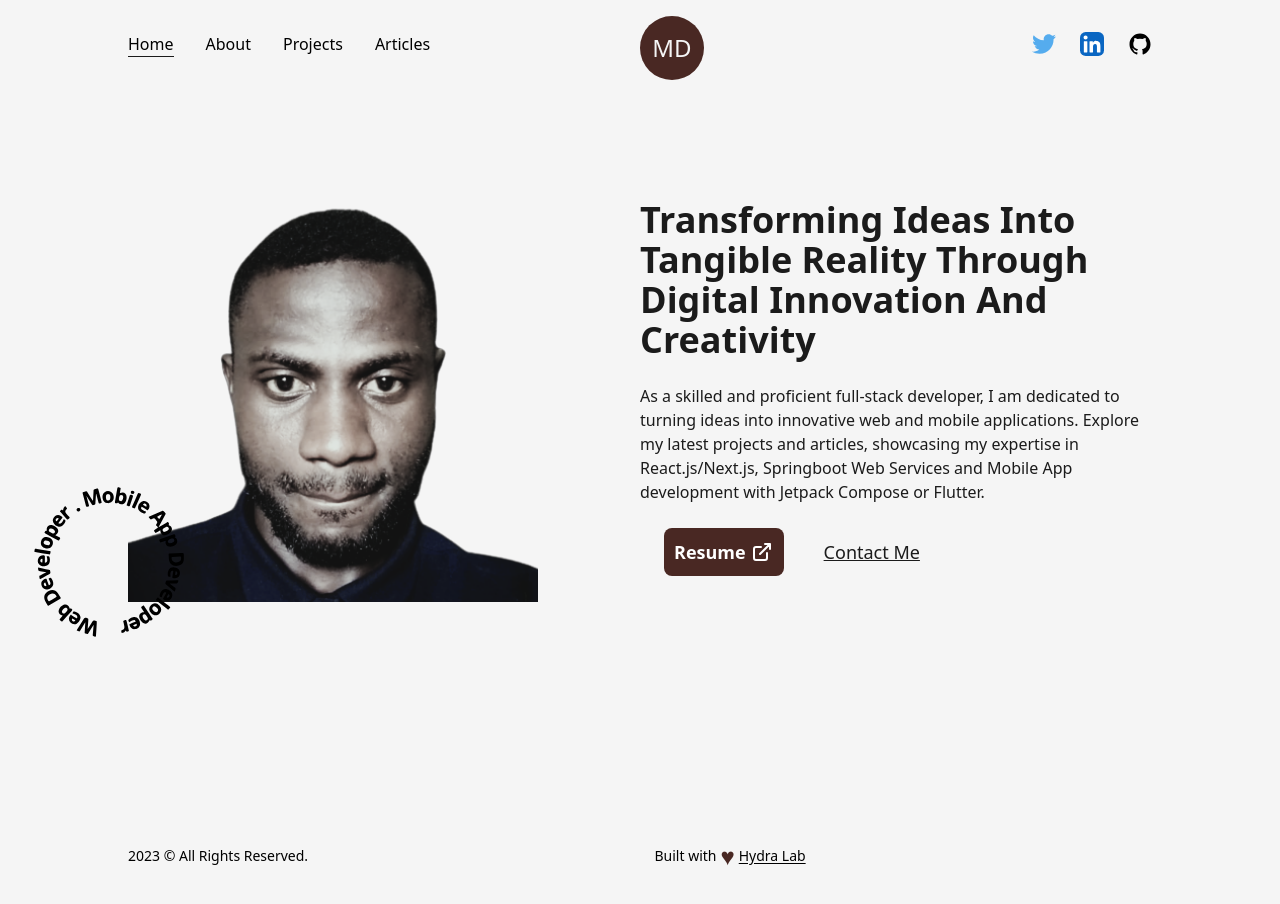
Repository: marcusdashe/situs
Page: /
The author's editor kept a copy of each file at every save. The page is drawn from the files as they stood at one save, then again after the next save.
The browser window is 1280 px wide. The pictures show the whole page.
The project was rebuilt for these pictures with package versions that can differ from the ones it lists, and the page was loaded fresh each time. The framework's server and built-in components were replaced by stand-ins that run in the browser.

Above is the page before, as saved 2023-06-16 18:05:23.

### src/pages/_app.js
import Footer from "@/components/Footer";
import Navbar from "@/components/Navbar";
import "@/styles/globals.css";
import Head from "next/head";
// import { IBM_Plex_Sans } from "next/font/google";

// const ibm = IBM_Plex_Sans({
//   subsets: ["latin"],
//   variable: "--font-mont",
// });

export default function App({ Component, pageProps }) {
  return (
    <>
      <Head>
        <meta name="viewport" content="width=device-width, initial-scale=1" />
        <link rel="icon" href="/favicon.ico" />
      </Head>
      <main className={`  bg-light w-full min-h-screen`}>
        <Navbar />
        <Component {...pageProps} />
        <Footer />
      </main>
    </>
  );
}

### src/components/Footer.jsx
import React from "react";
import Layout from "./Layout";
import Link from "next/link";

const Footer = () => {
  return (
    <footer className="w-full border-t-1 border-solid border-primaryDark font-medium text-sm ">
      <Layout className="py-8 flex items-center justify-between">
        <span>{new Date().getFullYear()} &copy; All Rights Reserved.</span>
        <div className="flex items-center">
          Built with{" "}
          <span className="text-primaryDark text-2xl px-1">&hearts;</span>
          <Link href="/" className="underline underline-offset-2">
            Hydra Lab
          </Link>
        </div>
        <Link href="/"></Link>
      </Layout>
    </footer>
  );
};

export default Footer;

### src/components/Navbar.jsx
import React from "react";
import { useRouter } from "next/router";
import Link from "next/link";
import Logo from "./Logo";
import { TwitterIcon, GithubIcon, LinkedInIcon } from "./Icons";
import { motion } from "framer-motion";

const CustomLink = ({ href, title, className = "" }) => {
  const router = useRouter();

  return (
    <Link href={href} className={`${className} relative group`}>
      {title}
      <span
        className={`h-[1px] inline-block bg-dark absolute left-0 -bottom-0.5 group-hover:w-full transition-[width] ease duration-300 ${
          router.asPath === href ? "w-full" : "w-0"
        }`}
      >
        &nbsp;
      </span>
    </Link>
  );
};

const Navbar = () => {
  return (
    <header
      className="w-full px-32 py-8 font-medium
            flex items-center justify-between"
    >
      <nav>
        <CustomLink href="/" title="Home" className="mr-4" />
        <CustomLink href="/about" title="About" className="mx-4" />
        <CustomLink href="/projects" title="Projects" className="mx-4" />
        <CustomLink href="/articles" title="Articles" className="ml-4" />
      </nav>

      <nav className="flex items-center justify-center flex-wrap">
        <motion.a
          href="https://www.twitter.com/marcusdashe"
          target={"_blank"}
          whileHover={{
            y: -2,
          }}
          whileTap={{ scale: 0.9 }}
          className="w-6 mx-3"
        >
          <TwitterIcon className="" />
        </motion.a>
        <motion.a
          href="https://www.linkedin.com/in/marcus-dashe-15a088202"
          target={"_blank"}
          whileHover={{
            y: -2,
          }}
          whileTap={{ scale: 0.9 }}
          className="w-6 mx-3"
        >
          <LinkedInIcon />
        </motion.a>
        <motion.a
          href="https://www.github.com/marcusdashe"
          target={"_blank"}
          whileHover={{
            y: -2,
          }}
          whileTap={{ scale: 0.9 }}
          className="w-6 ml-3"
        >
          <GithubIcon />
        </motion.a>
      </nav>
      <div className="absolute left-[50%] top-2 translate-x-[-50]">
        <Logo />
      </div>
    </header>
  );
};

export default Navbar;

### src/styles/globals.css
@import url("https://fonts.googleapis.com/css2?family=IBM+Plex+Sans:ital,wght@0,100;0,200;0,300;1,100;1,200&family=Inter:wght@300;400;500;600;700;800;900&display=swap");

@tailwind base;
@tailwind components;
@tailwind utilities;

### src/components/Layout.jsx
import React from "react";

const Layout = ({ children, className = "" }) => {
  return (
    <div className={`${className} w-full inline-block z-0 bg-light p-32`}>
      {children}
    </div>
  );
};

export default Layout;

### src/components/AnimatedText.jsx
import React from "react";
import { motion } from "framer-motion";

const quote = {
  initial: {
    opacity: 1,
  },
  animate: {
    opacity: 1,
    transition: {
      delay: 0.5,
      staggerChildren: 0.08,
    },
  },
};

const singleWord = {
  initial: {
    opacity: 0,
    y: 50,
  },
  animate: {
    opacity: 1,
    y: 0,
    transition: {
      duration: 1,
    },
  },
};

const AnimatedText = ({ text, className = "" }) => {
  return (
    <div className="w-full mx-auto py-2 flex items-center justify-center text-center overflow-hidden ">
      <motion.h1
        className={`inline-block w-full text-dark font-bold capitalize text-4xl ${className}`}
        variants={quote}
        initial="initial"
        animate="animate"
      >
        {text.split(" ").map((word, index) => (
          <motion.span
            key={index}
            className="inline-block"
            variants={singleWord}
          >
            {word}&nbsp;
          </motion.span>
        ))}
      </motion.h1>
    </div>
  );
};

export default AnimatedText;

### src/components/HireMe.jsx
import React from "react";
import { CircularText } from "./Icons";

const HireMe = () => {
  return (
    <div className="fixed left-4 bottom-4 flex items-center justify-center overflow-hidden">
      <div className="w-48 h-auto flex items-center justify-center relative">
        <CircularText />
      </div>
    </div>
  );
};

export default HireMe;

### src/components/Logo.jsx
"use client";

import React from "react";
import Link from "next/link";
import { motion } from "framer-motion";

const MotionLink = motion(Link);

const Logo = () => {
  return (
    <div className="flex items-center justify-center mt-2">
      <MotionLink
        href="/"
        className="w-16 h-16 bg-primaryDark text-light flex items-center
        justify-center rounded-full text-2xl  hover
      "
        whileHover={{
          scale: 1.5,
          backgroundColor: [
            "#121212",
            "rgba(131,58,180,1)",
            "rgba(253,29,29,1)",
            "rgba(252,176,69,1)",
            "rgba(131,58,180,1)",
            "#121212",
          ],
          transition: {
            duration: 1,
            repeat: Infinity,
          },
        }}
      >
        MD
      </MotionLink>
    </div>
  );
};

export default Logo;

Loaded but not shown: src/pages/index.js (67 lines, source omitted); tailwind.config.js (27 lines, source omitted); src/components/Icons.jsx (474 lines, source omitted)

After the next save:
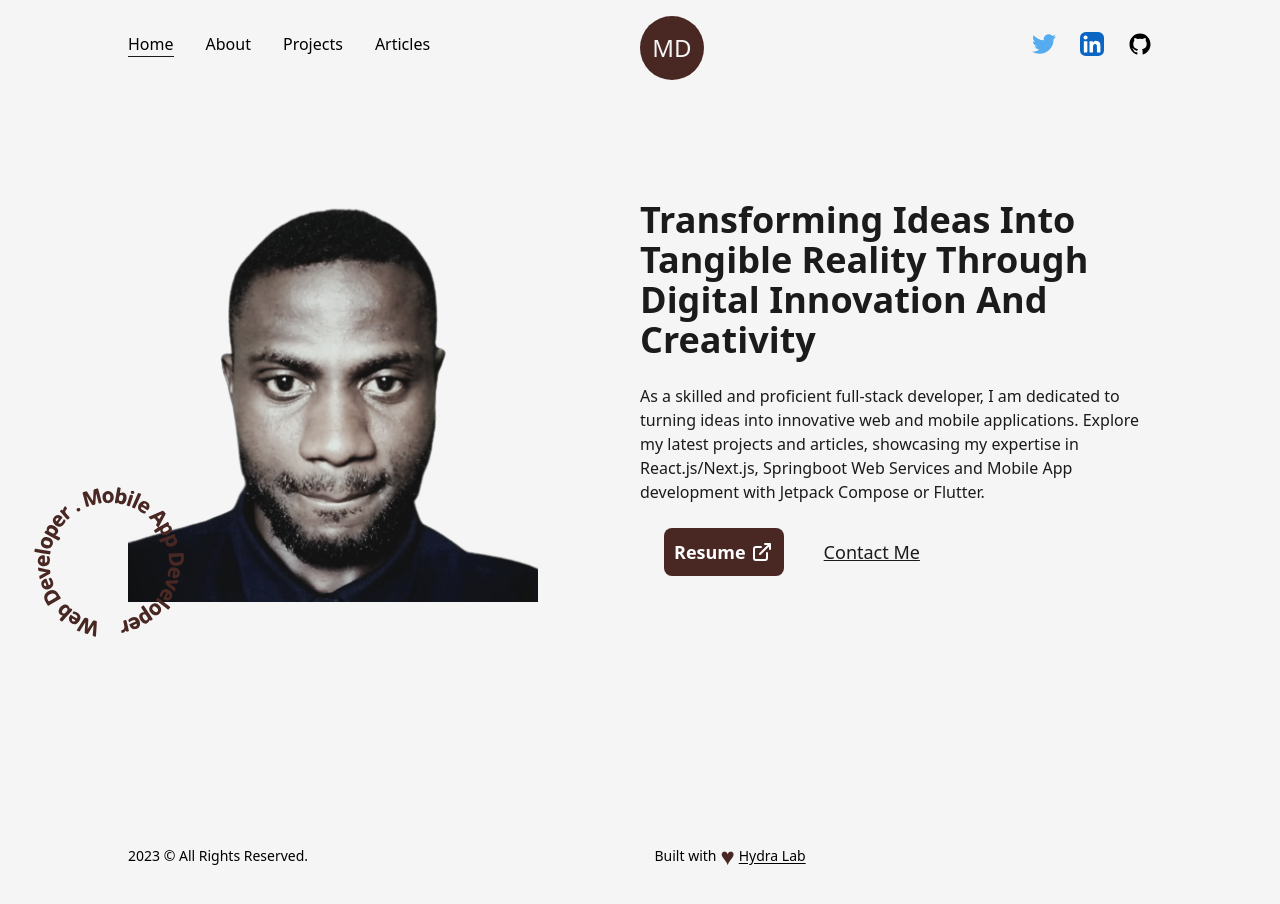
Saved 3 min 43 s later.
--- a/src/components/HireMe.jsx
+++ b/src/components/HireMe.jsx
@@ -5,7 +5,7 @@ const HireMe = () => {
   return (
     <div className="fixed left-4 bottom-4 flex items-center justify-center overflow-hidden">
       <div className="w-48 h-auto flex items-center justify-center relative">
-        <CircularText />
+        <CircularText className="fill-primaryDark" />
       </div>
     </div>
   );
